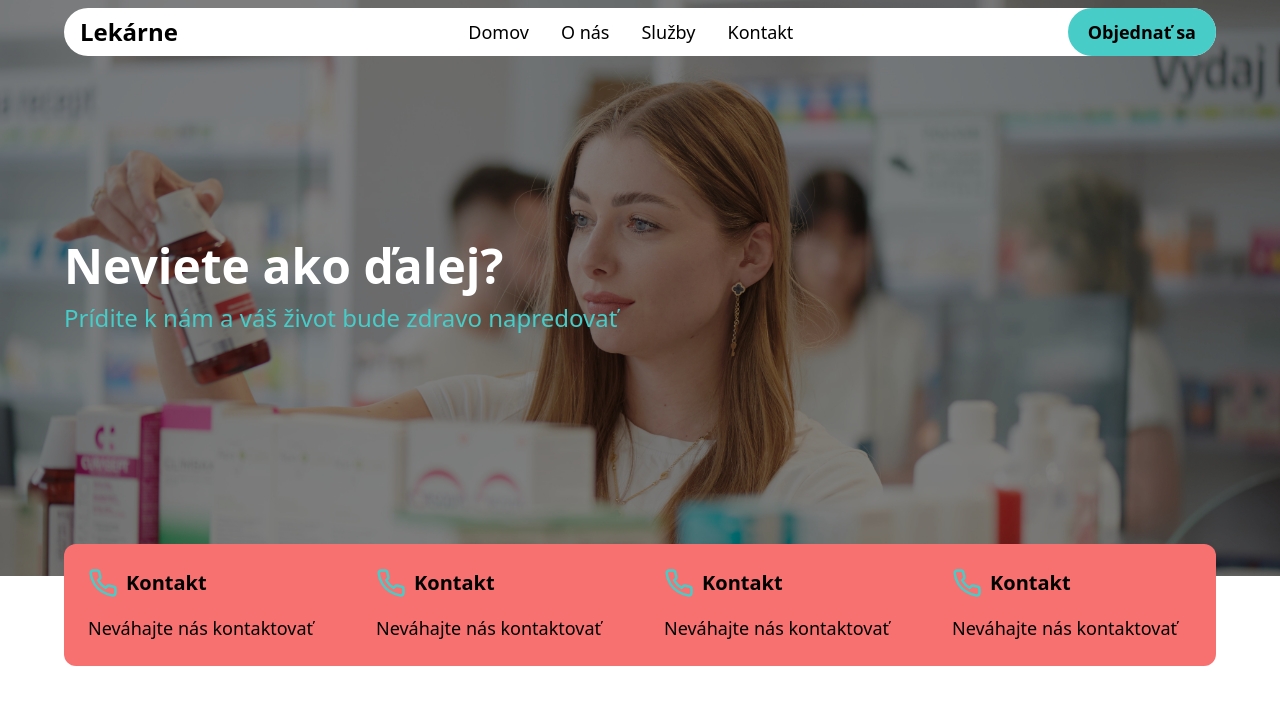
Repository: SimonSkoda13/Lekaren
Page: /
These files come from the project's save history. The page is drawn as it stood at one moment and after the next save; the edit follows.
The browser window is 1280 px wide. The pictures show the whole page.
The project was rebuilt for these pictures with package versions that can differ from the ones it lists, and the page was loaded fresh each time. The framework's server and built-in components were replaced by stand-ins that run in the browser. Also part of the build but not shown: next.config.js.

Above is the page before, as saved 2023-04-22 17:47:41.

### src/app/layout.tsx
import { Header } from "./components/Header/Header";
import "./globals.css";
import { Poppins } from "next/font/google";

export const metadata = {
  title: "Create Next App",
  description: "Generated by create next app",
};

export default function RootLayout({
  children,
}: {
  children: React.ReactNode;
}) {
  return (
    <html lang="en">
      <body className="bg-white min-h-[100vh]">
        <Header />
        <main>{children}</main>
        <footer></footer>
      </body>
    </html>
  );
}

### src/app/page.tsx
import Image from "next/image";
import { Inter } from "next/font/google";
import { HomeHero } from "./components/HomeHero/HomeHero";
import { Contact } from "./components/Contact/Contact";

const inter = Inter({ subsets: ["latin"] });

// page with

export default function Home() {
  return (
    <>
      <HomeHero
        title={"Neviete ako ďalej?"}
        image={"/homeBanner.jpg"}
        description={"Prídite k nám a váš život bude zdravo napredovať"}
      />
      <Contact
        items={[
          {
            title: "Kontakt",
            description: "Neváhajte nás kontaktovať",
            icon: "/contactIcon.svg",
          },
          {
            title: "Kontakt",
            description: "Neváhajte nás kontaktovať",
            icon: "/contactIcon.svg",
          },
          {
            title: "Kontakt",
            description: "Neváhajte nás kontaktovať",
            icon: "/contactIcon.svg",
          },
          {
            title: "Kontakt",
            description: "Neváhajte nás kontaktovať",
            icon: "/contactIcon.svg",
          },
        ]}
      />
    </>
  );
}

### src/app/components/Header/Header.tsx
import Link from "next/link";
import React from "react";

export interface HeaderProps {}

export const Header = (props: HeaderProps) => {
  const {} = props;
  return (
    <header className="cntn fixed w-full top-2 z-10">
      <div className="flex bg-white rounded-full">
        <h1 className="py-2 px-4 text-2xl font-bold">Lekárne</h1>
        <div className="py-2 px-4 flex gap-8 items-center mx-auto text-lg font-medium">
          <Link href="/">Domov</Link>
          <Link href="/onas">O nás</Link>
          <Link href="/sluzby">Služby</Link>
          <Link href="/kontakt">Kontakt</Link>
        </div>
        {/* button order self */}
        <div className="flex justify-center items-center px-5 p-0 bg-primary rounded-full text-lg font-bold">
          <Link href="/order">Objednať sa</Link>
        </div>
      </div>
    </header>
  );
};

### src/app/globals.css
@tailwind base;
@tailwind components;
@tailwind utilities;

@layer components {
  .cntn {
    @apply mx-auto px-4  max-w-screen-xl md:px-16;
  }
}

### src/app/components/HomeHero/HomeHero.tsx
import Image from "next/image";
import React from "react";
import { ImageGradient } from "./ImageGradient/ImageGradient";

export interface HomeHeroProps {
  title: string;
  image: string;
  description: string;
}

export const HomeHero = (props: HomeHeroProps) => {
  const { title, image, description } = props;
  return (
    <section className="relative h-[80vh] z-0 px-0">
      <div className="w-full h-full absolute left-0 top-0 ">
        {/* make filter for image to odd brightness from top biggest to bottom lowest */}
        <ImageGradient>
          <Image
            src={image}
            alt="Next.js logo"
            fill
            style={{
              objectFit: "cover",
              objectPosition: "center",
            }}
          />
        </ImageGradient>
      </div>
      <div className="cntn relative gap-3 h-full flex justify-center flex-wrap flex-col z-10">
        <h1 className="text-5xl font-bold text-white">{title}</h1>
        <p className="text-2xl text-primary">{description}</p>
      </div>
    </section>
  );
};

### src/app/components/Contact/Contact.tsx
import { Phone } from "lucide-react";
import Image from "next/image";
import React from "react";

export interface ContactProps {
  items?: {
    title: string;
    description: string;
    icon: string;
  }[];
}

export const Contact = (props: ContactProps) => {
  const { items } = props;
  return (
    <section className="cntn z-10 relative top-[-2rem]">
      <div className="w-full grid grid-cols-2 md:grid-cols-4 items-start bg-red-400 rounded-xl">
        {items?.map((item) => (
          <div className="flex flex-col items-start gap-4 p-6">
            {/* <Image
            src={item.icon}
            alt={"contactIcon" + item.title}
            width={100}
            height={100}
          /> */}
            <div className="flex flex-row gap-2 items-center">
              <Phone size={30} className="stroke-primary" />
              <h2 className="text-xl font-bold">{item.title}</h2>
            </div>
            <p className="text-lg font-medium">{item.description}</p>
          </div>
        ))}
      </div>
    </section>
  );
};

### src/app/components/HomeHero/ImageGradient/ImageGradient.tsx
import React from "react";

export interface ImageGradientProps {
  children: React.ReactNode;
}

export const ImageGradient = (props: ImageGradientProps) => {
  const { children } = props;
  return (
    <div className="relative w-full h-full brightness-50 overflow-hidden z-10">
      <div className="absolute inset-0 z-10"></div>
      {children}
    </div>
  );
};

### tailwind.config.js
/** @type {import('tailwindcss').Config} */
module.exports = {
  content: [
    "./src/pages/**/*.{js,ts,jsx,tsx,mdx}",
    "./src/components/**/*.{js,ts,jsx,tsx,mdx}",
    "./src/app/**/*.{js,ts,jsx,tsx,mdx}",
  ],
  theme: {
    extend: {
      colors: {
        primary: "#47CCC8",
        secondary: "#2D3663",
      },
    },
  },
  plugins: [],
};

After the next save:
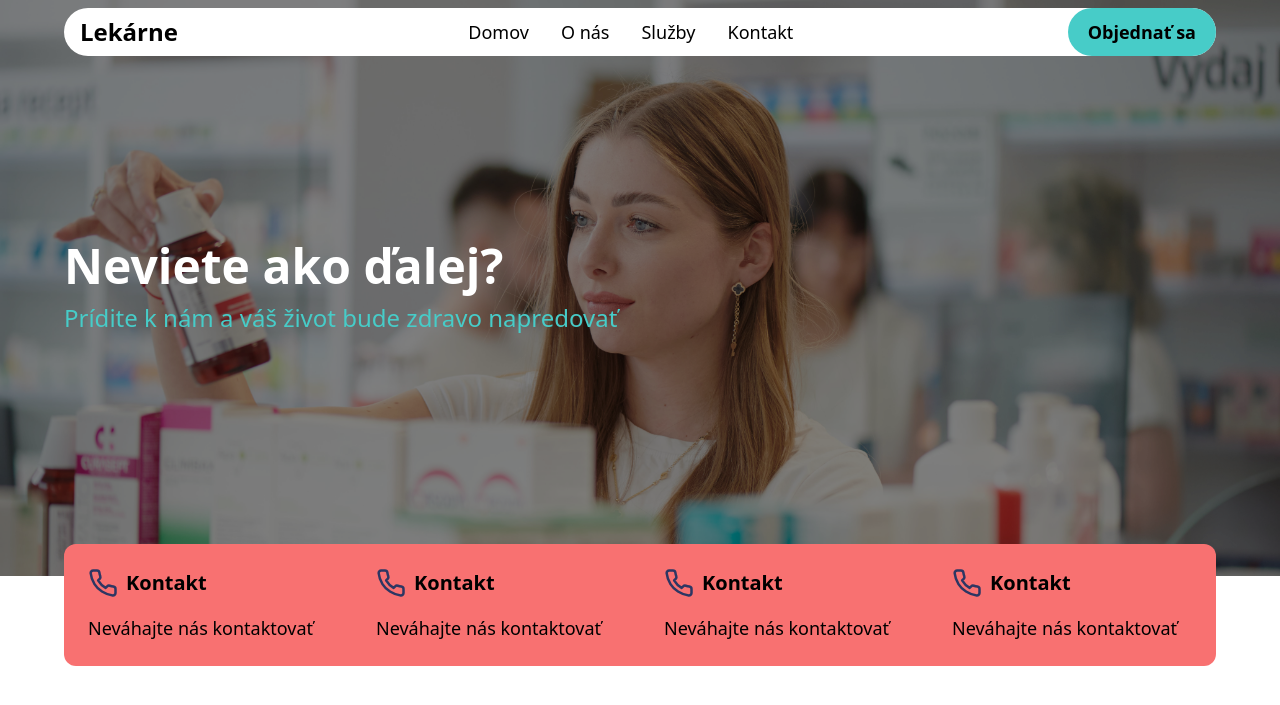
Saved 12 s later.
--- a/src/app/components/Contact/Contact.tsx
+++ b/src/app/components/Contact/Contact.tsx
@@ -24,7 +24,7 @@
             height={100}
           /> */}
             <div className="flex flex-row gap-2 items-center">
-              <Phone size={30} className="stroke-primary" />
+              <Phone size={30} className="stroke-secondary" />
               <h2 className="text-xl font-bold">{item.title}</h2>
             </div>
             <p className="text-lg font-medium">{item.description}</p>

After the save that followed:
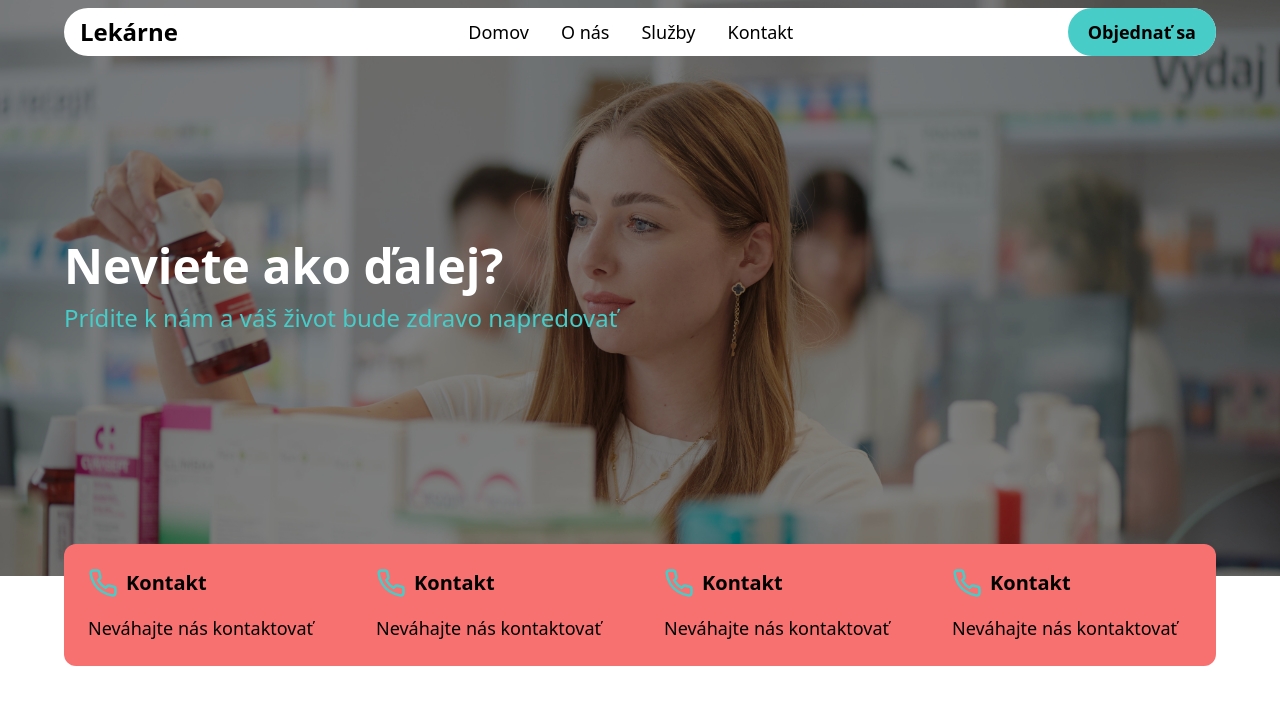
Saved 8 s later.
--- a/src/app/components/Contact/Contact.tsx
+++ b/src/app/components/Contact/Contact.tsx
@@ -24,7 +24,7 @@
             height={100}
           /> */}
             <div className="flex flex-row gap-2 items-center">
-              <Phone size={30} className="stroke-secondary" />
+              <Phone size={30} className="stroke-primary" />
               <h2 className="text-xl font-bold">{item.title}</h2>
             </div>
             <p className="text-lg font-medium">{item.description}</p>
